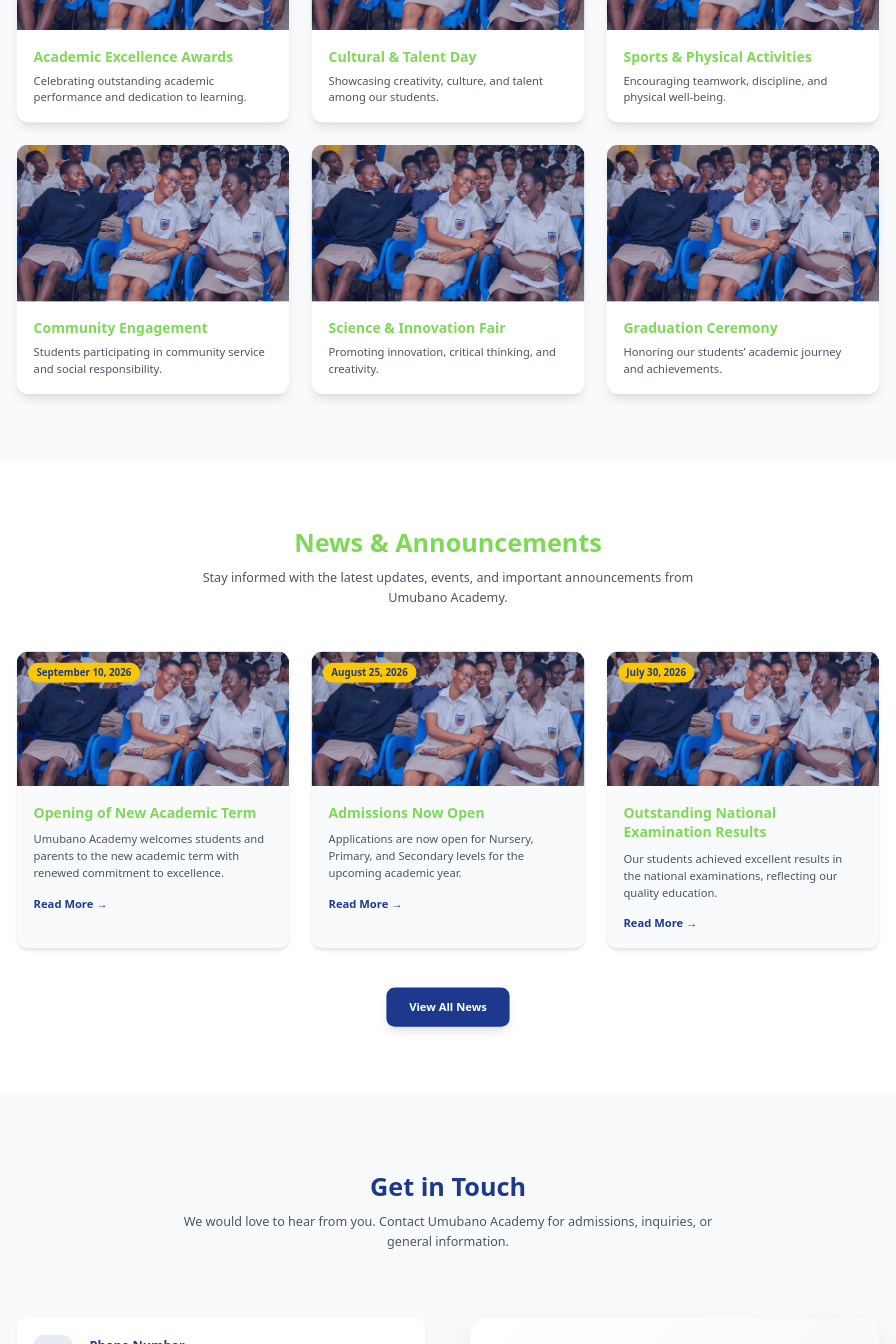
Repository: Umubano-Academy/umubano-academy-website
Page: /
The author's editor kept a copy of each file at every save. The page is drawn from the files as they stood at one save, then again after the next save.
The browser window is 1280 px wide. The pictures show the part of the page from y = 1297 to 3217 px (the page is 4935 px tall), at 70% of full size.
The project was rebuilt for these pictures with package versions that can differ from the ones it lists, and the page was loaded fresh each time. Also part of the build but not shown: vite.config.js, src/components/guest/Admission.jsx, src/components/guest/Academic.jsx, src/components/guest/About.jsx, src/components/admin/sidebar/data/menuData.js, src/components/admin/sidebar/SideBar.jsx, src/components/admin/Header/Header.jsx, src/components/admin/LayOut.jsx and 3 more.

Above is the page before, as saved 2026-01-13 19:02:05.

### index.html
<!doctype html>
<html lang="en">
  <head>
    <meta charset="UTF-8" />
    <!-- <link rel="icon" type="image/svg+xml" href="/vite.svg" /> -->
    <meta name="viewport" content="width=device-width, initial-scale=1.0" />
    <title>umubano-academy</title>
  </head>
  <body>
    <div id="root"></div>
    <script type="module" src="/src/main.jsx"></script>
  </body>
</html>

### src/App.jsx
import React from 'react'
import { BrowserRouter, Route, Routes } from 'react-router-dom'
import NavBar from './components/guest/NavBar'
import Hero from './components/guest/Hero'
import Event from './components/guest/Event'
import News from './components/guest/News'
import Layout from './components/guest/Layout'
import Home from './components/guest/Home'
import Admission from './components/guest/Admission'
import Academic from './components/guest/Academic'
import About from './components/guest/About'
import LayOut from './components/admin/LayOut'
import Dashboard from './components/admin/pages/Dashboard'
import Login from './components/guest/forms/Login'
import ResetPassword from './components/guest/forms/ResetPassword'


function App() {
  return (
    <BrowserRouter>

    <Routes>
      <Route path='/' element={<Layout />}>
      <Route index element={<Home />} />
      <Route path='/admission' element={<Admission />} />
      <Route path='/academic' element={<Academic />} />
      <Route path='/aboutus' element={<About />} />
      <Route path='/login' element={<Login />} />
      <Route path="/password-reset" element={<ResetPassword />} />
      </Route>

      <Route path='/admin' element={<LayOut />}>
      <Route index element={<Dashboard />} />
      </Route>
    </Routes>
    </BrowserRouter>

  )
}

export default App

### src/components/guest/NavBar.jsx
import React, { useState } from "react"
import { Menu, X, Phone, Mail, GraduationCap } from "lucide-react"
import { motion, AnimatePresence } from "framer-motion"
import logo from "../../assets/UALOGO.png"
import { Link } from "react-router-dom"

function NavBar() {
  const [open, setOpen] = useState(false)

  const navLinks = [
    "Home",
    "About",
    "Academics",
    "Admissions",
    "News",
    "Events",
    "Contact",
  ]

  return (
    <>
      {/* Top Info Bar */}
      <div className="hidden md:flex justify-between items-center px-8 py-2 bg-[#FFDE59] text-white text-sm">
        <div className="flex items-center gap-4">
          <span className="flex items-center gap-1 text-xl text-[#0AB0EE] font-medium">
            <Phone size={18} /> +250 782029655
          </span>
          <span className="flex text-xl items-center gap-1  text-[#0AB0EE] font-medium">
            <Mail size={18} /> info@umubanoacademy.rw
          </span>
        </div>
        <span className=" text-xl  text-[#0AB0EE] font-medium">Excellence in Education</span>
      </div>

      {/* Main Navbar */}
      <header className="sticky top-0 z-50 bg-white/80 backdrop-blur-xl shadow-sm">
        <div className="max-w-7xl mx-auto px-6">
          <div className="flex items-center justify-between h-20">

            {/* Logo */}
            <Link to="/" className="flex items-center gap-3">
              <img src={logo} alt="Umubano Academy Logo" className="w-16 h-16 object-contain" />
              {/* <div className="w-12 h-12 bg-blue-900 text-white flex items-center justify-center rounded-xl">
                <GraduationCap size={28} />
              </div> */}
              <div>
                <h1 className="text-xl font-bold text-blue-900">
                  Umubano Academy
                </h1>
                <p className="text-xs text-gray-500">
                  Knowledge • Discipline • Excellence
                </p>
              </div>
            </Link>

            {/* Desktop Menu */}
            <nav className="hidden lg:flex items-center gap-10">
              {navLinks.map((link) => (
                <a
                  key={link}
                  href={`/${link.toLowerCase()}`}
                  className="relative text-gray-700 font-medium hover:text-blue-900 transition group"
                >
                  {link}
                  <span className="absolute left-0 -bottom-1 w-0 h-0.5 bg-blue-900 transition-all group-hover:w-full"></span>
                </a>
              ))}
            </nav>

            {/* CTA */}
            <div className="hidden lg:flex">
              <a
                href="/login"
                className="bg-[#0AB0EE] text-white px-6 py-3 rounded-xl font-medium shadow-lg hover:shadow-xl transition"
              >
                Sign in
              </a>
            </div>

            {/* Mobile Menu Button */}
            <button
              onClick={() => setOpen(!open)}
              className="lg:hidden text-blue-900"
            >
              {open ? <X size={30} /> : <Menu size={30} />}
            </button>
          </div>
        </div>

        {/* Mobile Menu */}
        <AnimatePresence>
          {open && (
            <motion.div
              initial={{ opacity: 0, y: -20 }}
              animate={{ opacity: 1, y: 0 }}
              exit={{ opacity: 0, y: -20 }}
              transition={{ duration: 0.3 }}
              className="lg:hidden bg-white shadow-xl"
            >
              <div className="flex flex-col px-6 py-6 gap-6">
                {navLinks.map((link) => (
                  <a
                    key={link}
                    href={`/${link.toLowerCase()}`}
                    className="text-lg font-medium text-gray-700 hover:text-blue-900"
                    onClick={() => setOpen(false)}
                  >
                    {link}
                  </a>
                ))}

                <Link to="login"

                  className="mt-4 text-center bg-blue-900 text-white py-3 rounded-xl font-medium"
                >
                  Login
                </Link>
              </div>
            </motion.div>
          )}
        </AnimatePresence>
      </header>
    </>
  )
}

export default NavBar

### src/components/guest/Hero.jsx
import React from "react"
import { motion } from "framer-motion"
import heroImage from "../../assets/umubano.jpg"

function Hero() {
  return (
    <section
      className="relative h-screen flex items-center"
      style={{
        backgroundImage: `url(${heroImage})`,
        backgroundSize: "cover",
        backgroundPosition: "center",
      }}
    >
      {/* Overlay */}
      <div className="absolute inset-0 bg-gradient-to-r from-blue-900/90 via-blue-900/70 to-transparent"></div>

      {/* Content */}
      <div className="relative z-10 max-w-7xl mx-auto px-6">
        <motion.div
          initial={{ opacity: 0, y: 40 }}
          animate={{ opacity: 1, y: 0 }}
          transition={{ duration: 0.8 }}
          className="max-w-2xl text-white"
        >
          <span className="inline-block mb-4 px-4 py-2 bg-white/10 backdrop-blur rounded-full text-sm font-medium">
            Welcome to Umubano Academy
          </span>

          <h1 className="text-4xl md:text-6xl font-bold leading-tight mb-6">
            Shaping Future Leaders Through{" "}
            <span className="text-[#FFDE59]">Excellence in Education</span>
          </h1>

          <p className="text-lg md:text-xl text-gray-200 mb-10">
            Umubano Academy is committed to nurturing disciplined, innovative,
            and confident learners through quality education, strong values,
            and a supportive learning environment.
          </p>

          <div className="flex flex-col sm:flex-row gap-4">
            <a
              href="/admission"
              className="bg-[#7ED956] text-blue-900 px-8 py-4 rounded-xl font-semibold text-lg hover:bg-[#FFDE59] transition shadow-lg"
            >
              Admission&Requirement
            </a>

            <a
              href="/academic"
              className="border border-white/40 px-8 py-4 rounded-xl font-semibold text-lg text-black bg-[#D9D9D9] hover:bg-[#0AB0EE] hover:text-blue-900 transition"
            >
              Explore Academics
            </a>
          </div>
        </motion.div>
      </div>
    </section>
  )
}

export default Hero

### src/components/guest/Event.jsx
import React from "react"
import { motion } from "framer-motion"
import heroImage from "../../assets/umubano.jpg"

function Event() {
  const items = [
    {
      title: "Academic Excellence Awards",
      description:
        "Celebrating outstanding academic performance and dedication to learning.",
      image: heroImage,
    },
    {
      title: "Cultural & Talent Day",
      description:
        "Showcasing creativity, culture, and talent among our students.",
      image: heroImage,
    },
    {
      title: "Sports & Physical Activities",
      description:
        "Encouraging teamwork, discipline, and physical well-being.",
      image: heroImage,
    },
    {
      title: "Community Engagement",
      description:
        "Students participating in community service and social responsibility.",
      image: heroImage,
    },
    {
      title: "Science & Innovation Fair",
      description:
        "Promoting innovation, critical thinking, and creativity.",
      image: heroImage,
    },
    {
      title: "Graduation Ceremony",
      description:
        "Honoring our students’ academic journey and achievements.",
      image: heroImage,
    },
  ]

  return (
    <section className="py-24 bg-gray-50">
      <div className="max-w-7xl mx-auto px-6">

        {/* Section Header */}
        <motion.div
          initial={{ opacity: 0, y: 30 }}
          whileInView={{ opacity: 1, y: 0 }}
          viewport={{ once: true }}
          transition={{ duration: 0.6 }}
          className="text-center max-w-3xl mx-auto mb-16"
        >
          <h2 className="text-3xl md:text-4xl font-bold text-[#7ED956] mb-4">
            School Events & Gallery
          </h2>
          <p className="text-gray-600 text-lg">
            Explore moments from Umubano Academy’s academic, cultural, and
            extracurricular activities that shape well-rounded learners.
          </p>
        </motion.div>

        {/* Cards Grid */}
        <motion.div
          initial="hidden"
          whileInView="visible"
          viewport={{ once: true }}
          variants={{
            visible: {
              transition: {
                staggerChildren: 0.15,
              },
            },
          }}
          className="grid grid-cols-1 sm:grid-cols-2 lg:grid-cols-3 gap-8"
        >
          {items.map((item, index) => (
            <motion.div
              key={index}
              variants={{
                hidden: { opacity: 0, y: 40 },
                visible: { opacity: 1, y: 0 },
              }}
              transition={{ duration: 0.6 }}
              className="group bg-white rounded-2xl shadow-lg overflow-hidden hover:-translate-y-2 transition"
            >
              {/* Image */}
              <div className="relative h-56 overflow-hidden">
                <img
                  src={item.image}
                  alt={item.title}
                  className="w-full h-full object-cover group-hover:scale-110 transition duration-500"
                />
                <div className="absolute inset-0 bg-blue-900/30 group-hover:bg-blue-900/50 transition"></div>
              </div>

              {/* Content */}
              <div className="p-6">
                <h3 className="text-xl font-semibold text-[#7ED956] mb-2">
                  {item.title}
                </h3>
                <p className="text-gray-600">
                  {item.description}
                </p>
              </div>
            </motion.div>
          ))}
        </motion.div>
      </div>
    </section>
  )
}

export default Event

### src/components/guest/News.jsx
import React from "react"
import { motion } from "framer-motion"
import heroImage from "../../assets/umubano.jpg"

function News() {
  const newsList = [
    {
      title: "Opening of New Academic Term",
      date: "September 10, 2026",
      description:
        "Umubano Academy welcomes students and parents to the new academic term with renewed commitment to excellence.",
      image: heroImage,
    },
    {
      title: "Admissions Now Open",
      date: "August 25, 2026",
      description:
        "Applications are now open for Nursery, Primary, and Secondary levels for the upcoming academic year.",
      image: heroImage,
    },
    {
      title: "Outstanding National Examination Results",
      date: "July 30, 2026",
      description:
        "Our students achieved excellent results in the national examinations, reflecting our quality education.",
      image: heroImage,
    },
  ]

  return (
    <section className="py-24 bg-white">
      <div className="max-w-7xl mx-auto px-6">

        {/* Section Header */}
        <motion.div
          initial={{ opacity: 0, y: 30 }}
          whileInView={{ opacity: 1, y: 0 }}
          viewport={{ once: true }}
          transition={{ duration: 0.6 }}
          className="text-center max-w-3xl mx-auto mb-16"
        >
          <h2 className="text-3xl md:text-4xl font-bold text-[#7ED956] mb-4">
            News & Announcements
          </h2>
          <p className="text-gray-600 text-lg">
            Stay informed with the latest updates, events, and important
            announcements from Umubano Academy.
          </p>
        </motion.div>

        {/* News Grid */}
        <motion.div
          initial="hidden"
          whileInView="visible"
          viewport={{ once: true }}
          variants={{
            visible: {
              transition: { staggerChildren: 0.15 },
            },
          }}
          className="grid grid-cols-1 md:grid-cols-2 lg:grid-cols-3 gap-8"
        >
          {newsList.map((news, index) => (
            <motion.article
              key={index}
              variants={{
                hidden: { opacity: 0, y: 40 },
                visible: { opacity: 1, y: 0 },
              }}
              transition={{ duration: 0.6 }}
              className="bg-gray-50 rounded-2xl shadow-md hover:shadow-xl transition overflow-hidden group"
            >
              {/* Image */}
              <div className="relative h-48 overflow-hidden">
                <img
                  src={news.image}
                  alt={news.title}
                  className="w-full h-full object-cover group-hover:scale-110 transition duration-500"
                />
                <div className="absolute inset-0 bg-blue-900/30"></div>

                {/* Date Badge */}
                <span className="absolute top-4 left-4 bg-yellow-400 text-blue-900 px-3 py-1 rounded-full text-sm font-semibold">
                  {news.date}
                </span>
              </div>

              {/* Content */}
              <div className="p-6">
                <h3 className="text-xl font-semibold text-[#7ED956] mb-3">
                  {news.title}
                </h3>
                <p className="text-gray-600 mb-5">
                  {news.description}
                </p>

                <a
                  href="#"
                  className="text-blue-900 font-semibold hover:text-blue-700 transition"
                >
                  Read More →
                </a>
              </div>
            </motion.article>
          ))}
        </motion.div>

        {/* View All */}
        <div className="text-center mt-14">
          <a
            href="/news"
            className="inline-block bg-blue-900 text-white px-8 py-4 rounded-xl font-semibold hover:bg-blue-800 transition shadow-lg"
          >
            View All News
          </a>
        </div>

      </div>
    </section>
  )
}

export default News

### src/components/guest/Layout.jsx
import React from 'react'
import NavBar from './NavBar'
import { Outlet } from 'react-router-dom'
import Footer from './Footer'


function Layout() {
  return (
    <div>
      <NavBar />

      <div>
        <Outlet />
      </div>
      <div>
        <Footer />
      </div>
    </div>
  )
}

export default Layout

### src/components/guest/Home.jsx
import React from 'react'
import NavBar from './NavBar'
import Hero from './Hero'
import Event from './Event'
import News from './News'
import Contact from './Contact'

function Home() {
  return (
    <div>
      <Hero />
      <Event />
      <News />
      <Contact />

    </div>
  )
}

export default Home

### src/components/guest/Footer.jsx
import React from "react"
import {
  Phone,
  Mail,
  MapPin,
  Facebook,
  Twitter,
  Instagram,
  GraduationCap,
} from "lucide-react"
import logo from "../../assets/UALOGO.png"

function Footer() {
  return (
    <footer className="bg-[#0AB0EE] text-white">
      <div className="max-w-7xl mx-auto px-6 py-20">

        {/* Top Section */}
        <div className="grid grid-cols-1 md:grid-cols-2 lg:grid-cols-4 gap-12">

          {/* School Info */}
          <div>
            <div className="flex items-center gap-3 mb-6">
              <img src={logo} alt="Umubano Academy Logo" className="w-16 h-16 object-contain" />
              <h3 className="text-xl font-bold text-white">
                Umubano Academy
              </h3>
            </div>
            <p className="text-white leading-relaxed">
              Umubano Academy is dedicated to providing quality education,
              strong values, and a nurturing environment that shapes future
              leaders.
            </p>
          </div>

          {/* Quick Links */}
          <div>
            <h4 className="text-lg font-semibold text-white mb-6">
              Quick Links
            </h4>
            <ul className="space-y-4">
              {[
                "Home",
                "About Us",
                "Academics",
                "Admissions",
                "News",
                "Contact",
              ].map((link) => (
                <li key={link}>
                  <a
                    href={`/${link.toLowerCase().replace(" ", "")}`}
                    className="hover:text-yellow-400 transition"
                  >
                    {link}
                  </a>
                </li>
              ))}
            </ul>
          </div>

          {/* Contact Info */}
          <div>
            <h4 className="text-lg font-semibold text-white mb-6">
              Contact Us
            </h4>
            <ul className="space-y-4">
              <li className="flex items-start gap-3">
                <Phone size={18} className="text-yellow-400 mt-1" />
                <span>+250 782029655</span>
              </li>
              <li className="flex items-start gap-3">
                <Mail size={18} className="text-yellow-400 mt-1" />
                <span>info@umubanoacademy.rw</span>
              </li>
              <li className="flex items-start gap-3">
                <MapPin size={18} className="text-yellow-400 mt-1" />
                <span>
                  Kigali City, Kicukiro District, Kabeza
                </span>
              </li>
            </ul>
          </div>

          {/* Motto & Social */}
          <div>
            <h4 className="text-lg font-semibold text-white mb-6">
              Our Motto
            </h4>
            <p className="italic mb-6">
              “Knowledge, Discipline & Excellence”
            </p>

            <div className="flex gap-4">
              <a
                href="#"
                className="w-10 h-10 bg-white/10 flex items-center justify-center rounded-full hover:bg-yellow-400 hover:text-blue-900 transition"
              >
                <Facebook size={18} />
              </a>
              <a
                href="#"
                className="w-10 h-10 bg-white/10 flex items-center justify-center rounded-full hover:bg-yellow-400 hover:text-blue-900 transition"
              >
                <Twitter size={18} />
              </a>
              <a
                href="#"
                className="w-10 h-10 bg-white/10 flex items-center justify-center rounded-full hover:bg-yellow-400 hover:text-blue-900 transition"
              >
                <Instagram size={18} />
              </a>
            </div>
          </div>

        </div>
      </div>

      {/* Bottom Bar */}
      <div className="border-t border-white/10 py-6 text-center text-sm text-white">
        © {new Date().getFullYear()} Umubano Academy. All rights reserved.
      </div>
    </footer>
  )
}

export default Footer

Loaded but not shown: src/main.jsx (common file); src/index.css (common file); src/components/guest/Contact.jsx (156 lines, source omitted)

After the next save:
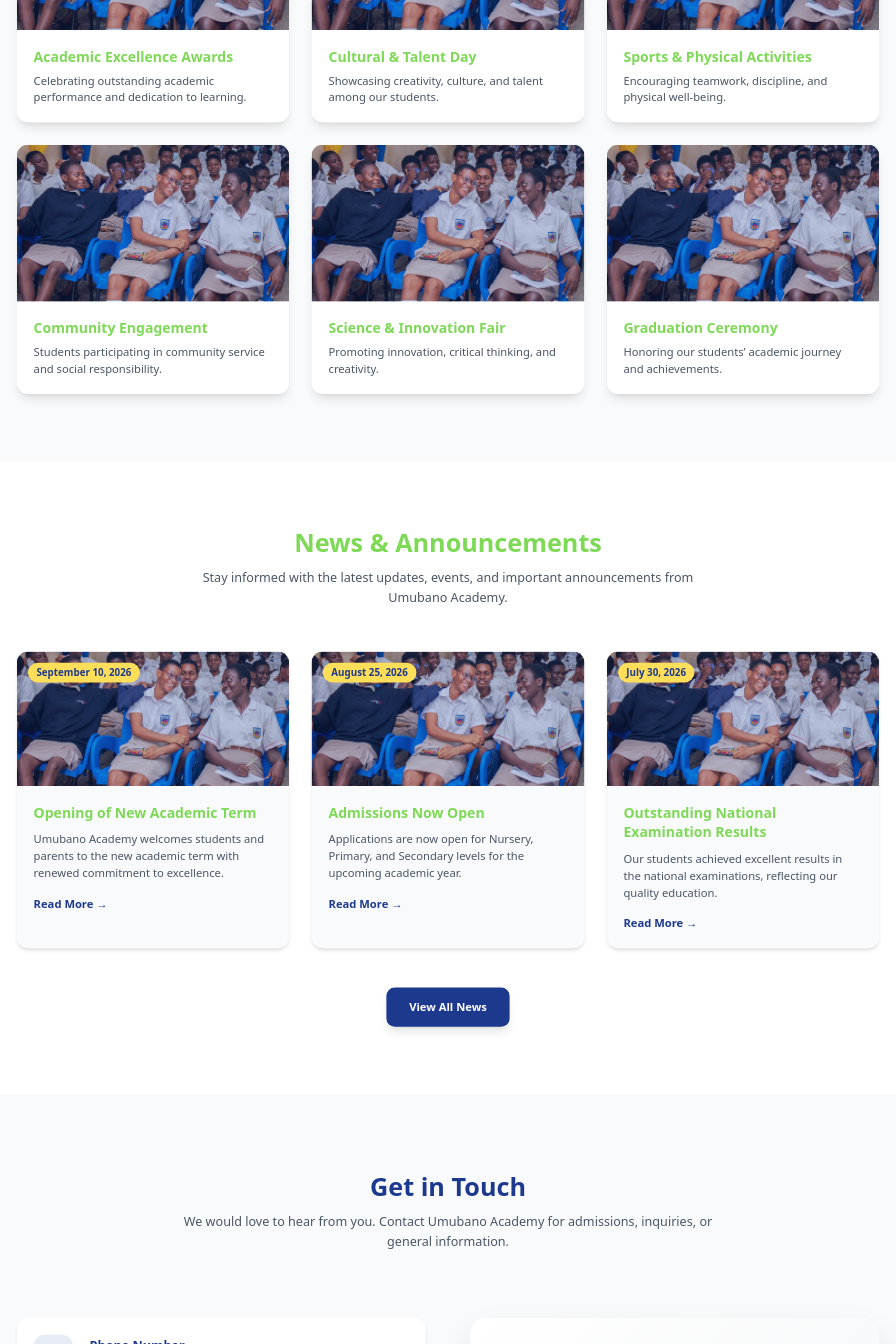
Saved 40 s later.
--- a/src/components/guest/News.jsx
+++ b/src/components/guest/News.jsx
@@ -80,7 +80,7 @@ function News() {
                 <div className="absolute inset-0 bg-blue-900/30"></div>
 
                 {/* Date Badge */}
-                <span className="absolute top-4 left-4 bg-yellow-400 text-blue-900 px-3 py-1 rounded-full text-sm font-semibold">
+                <span className="absolute top-4 left-4 bg-[#FFDE59] text-blue-900 px-3 py-1 rounded-full text-sm font-semibold">
                   {news.date}
                 </span>
               </div>
